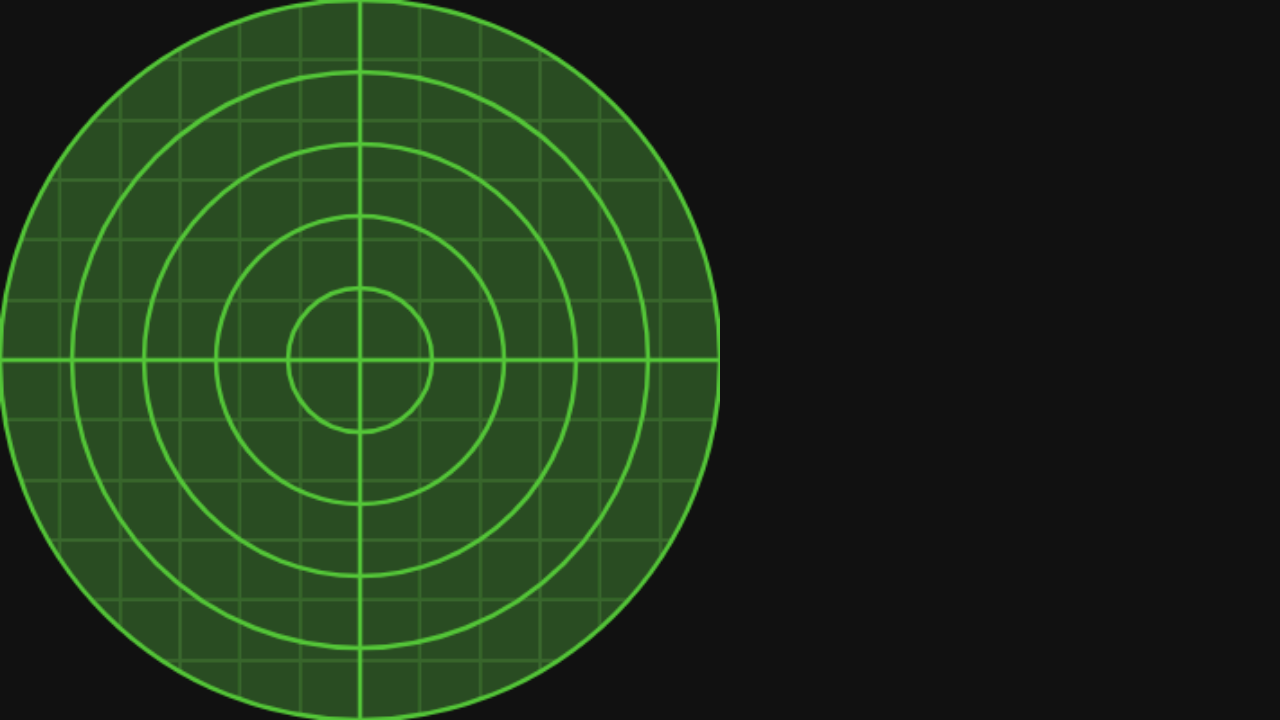
Repository: pedro-mancano/ProjetoCDM204
Page: scripts/radar.html
These files come from the project's save history. The page is drawn as it stood at one moment and after the next save; the edit follows.
The browser window is 1280 px wide. The pictures show the whole page.

Above is the page before, as saved 2024-11-27 08:41:28.

After the next save:
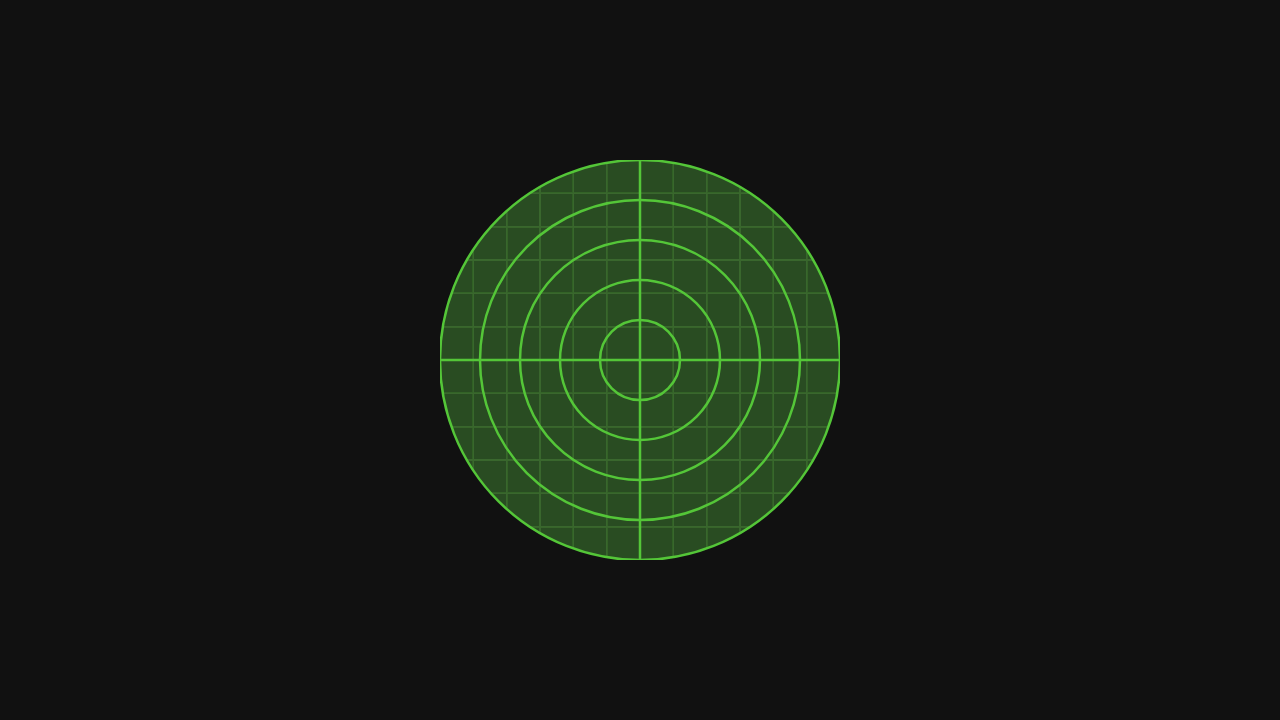
Saved 11 s later.
--- a/scripts/radar.css
+++ b/scripts/radar.css
@@ -11,3 +11,8 @@ body {
   width: 100%;
   display: flex;
 }
+
+#radarCanvas {
+  margin: auto;
+  position: relative;
+}
